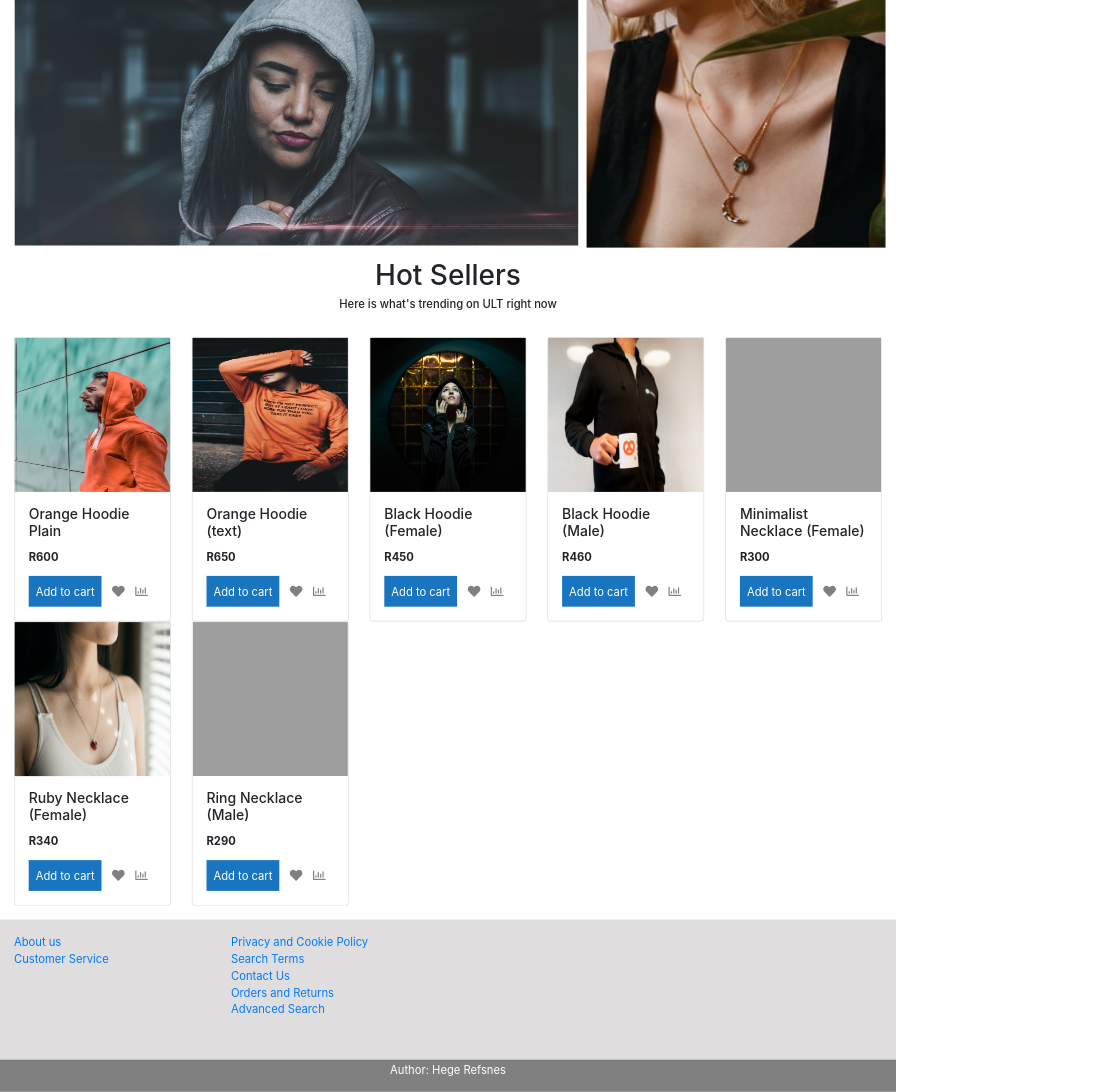
Repository: Ajtheult/Luma-Challenge-Site
Page: /
The author's editor kept a copy of each file at every save. The page is drawn from the files as they stood at one save, then again after the next save.
The browser window is 1280 px wide. The page is 1570 px wide, so the pictures cover 1570 px, including what lies to the right of the window. The pictures show the part of the page from y = 1594 to 3154 px (the page is 3154 px tall), at 70% of full size.
Pictures or frames that could not be fetched are drawn as grey boxes. The project was rebuilt for these pictures with package versions that can differ from the ones it lists, and the page was loaded fresh each time.

Above is the page before, as saved 2020-09-01 10:53:31.

### public/index.html
<!DOCTYPE html>
<html lang="en">
  <head>
    <meta charset="utf-8" />
    <link rel="icon" href="%PUBLIC_URL%/favicon.ico" />
    <meta name="viewport" content="width=device-width, initial-scale=1" />
    <meta name="theme-color" content="#000000" />
    <meta
      name="description"
      content="Web site created using create-react-app"
    />

    <link rel="manifest" href="%PUBLIC_URL%/manifest.json" />
    <!-- Font Awesome -->
    <link
      rel="stylesheet"
      href="https://use.fontawesome.com/releases/v5.7.2/css/all.css"
      integrity="sha384-fnmOCqbTlWIlj8LyTjo7mOUStjsKC4pOpQbqyi7RrhN7udi9RwhKkMHpvLbHG9Sr"
      crossorigin="anonymous"
    />
    <!-- Font Awesome -->
    <title>E-complete</title>
  </head>
  <body>
    <noscript>You need to enable JavaScript to run this app.</noscript>
    <div id="root"></div>
  </body>
</html>

### src/App.js
import React from "react";

// Imported modules
import { BrowserRouter as Router, Switch, Route } from "react-router-dom";
// Imported modules

// Imported pages
import Home from "./components/layout/pages/home/Home";
// Imported pages

// Global css
import "./App.css";
// Global css

function App() {
  return (
    <Router>
      <div className="App">
        <Switch>
          <Route exact path="/" component={Home} />
        </Switch>
      </div>
    </Router>
  );
}

export default App;

### src/components/layout/pages/home/Home.js
import React from "react";
import Navbar from "../../nav/Navbar";
import Container from "react-bootstrap/Container";
import Row from "react-bootstrap/Row";
import Col from "react-bootstrap/Col";
import Carousel from "react-bootstrap/Carousel";
// Images
import yoga from "../../resources/yoga.jpg";
import yogatwo from "../../resources/yoga-two.jpg";
import yogathree from "../../resources/yoga-three.jpg";

import SecondHome from "./SecondHome";
import HomeFooter from "./HomeFooter";

import "./Home.css";

const Home = () => {
  return (
    <div>
      <Navbar />
      <Container fluid>
        <Row>
          <Col>
            {/* Carousel */}
            <Carousel>
              <Carousel.Item>
                <img
                  className="d-block w-100 top_size"
                  src={yoga}
                  alt="First slide"
                />
                <Carousel.Caption>
                  <h3>New ULT yoga collection</h3>
                  <p>Clothing that is perfect for zen sessions</p>
                </Carousel.Caption>
              </Carousel.Item>
              <Carousel.Item>
                <img
                  className="d-block w-100 top_size"
                  src={yogatwo}
                  alt="Third slide"
                />

                <Carousel.Caption>
                  <h3>New ULT yoga collection</h3>
                  <p>Beautiful bracelets to fit the look</p>
                </Carousel.Caption>
              </Carousel.Item>
              <Carousel.Item>
                <img
                  className="d-block w-100 top_size"
                  src={yogathree}
                  alt="Third slide"
                />

                <Carousel.Caption>
                  <h3>New ULT yoga collection</h3>
                  <p>Be happy...like her...don't you wanna be happy?</p>
                </Carousel.Caption>
              </Carousel.Item>
            </Carousel>
          </Col>
        </Row>
        {/* Block frame */}
        <Row>
          <Col>
            <div class="container bg-no-overlay">
              <div class="row left">
                <h1>
                  20% OFF <br /> ULT hoodies when you shop today*
                </h1>
              </div>
            </div>
          </Col>
          <Col>
            <div class="container bg-no-overlay-two">
              <div class="row top">
                <h1>
                  30% OFF <br />
                  Get them fresh kicks
                </h1>
              </div>
            </div>
          </Col>
        </Row>
        <Row>
          <Col>
            <div class="container bg-no-overlay-three">
              <div class="row middle">
                <h1>
                  10% OFF <br /> Beautiful necklaces to flex
                </h1>
              </div>
            </div>
          </Col>
          <Col>
            <div class="container bg-no-overlay-four">
              <div class="row right">
                <h1>Many different styles of necklaces</h1>
              </div>
            </div>

            <div class="container bg-no-overlay-five">
              <div class="row bottom">
                <h1>Male and female hoodies</h1>
              </div>
            </div>
          </Col>
        </Row>
      </Container>
      <SecondHome />
      <HomeFooter />
    </div>
  );
};

export default Home;

### src/components/layout/nav/Navbar.js
import React from "react";
import Nav from "react-bootstrap/Nav";

import Form from "react-bootstrap/Form";

import "./Navbar.css";

const Navbar = () => {
  return (
    <div>
      <Nav className="justify-content-left" activeKey="/home">
        <Nav.Link href="/home">
          <img
            src="https://images.unsplash.com/photo-1462899006636-339e08d1844e?ixlib=rb-1.2.1&ixid=eyJhcHBfaWQiOjEyMDd9&auto=format&fit=crop&w=1050&q=80"
            alt="logo"
            className="logo"
          />
        </Nav.Link>
        <h6 className="logo-text">ULT</h6>
        <Nav.Link className="search_bar">
          {" "}
          <Form>
            <Form.Row>
              <Form.Group>
                <Form.Control
                  className="search_bar"
                  type="search"
                  placeholder="Search engine store here... "
                />
              </Form.Group>
            </Form.Row>
          </Form>
        </Nav.Link>
        <Nav.Link></Nav.Link>
        <i class="fas fa-shopping-cart icon"></i>
      </Nav>
      <Nav className="justify-content-left bottom_nav" activeKey="/home">
        <Nav.Item>
          <Nav.Link href="#" className="colour_of_nav_text">
            What's New
          </Nav.Link>
        </Nav.Item>
        <Nav.Item>
          <Nav.Link href="#" className="colour_of_nav_text">
            Women
          </Nav.Link>
        </Nav.Item>
        <Nav.Item>
          <Nav.Link href="#" className="colour_of_nav_text">
            Men
          </Nav.Link>
        </Nav.Item>
        <Nav.Item>
          <Nav.Link href="#" className="colour_of_nav_text">
            Gear
          </Nav.Link>
        </Nav.Item>
        <Nav.Item>
          <Nav.Link href="#" className="colour_of_nav_text">
            Training
          </Nav.Link>
        </Nav.Item>
        <Nav.Item>
          <Nav.Link href="#" className="colour_of_nav_text">
            Sale
          </Nav.Link>
        </Nav.Item>
      </Nav>
    </div>
  );
};

export default Navbar;

### src/components/layout/pages/home/SecondHome.js
import React from "react";
import "./SecondHome.css";

import Row from "react-bootstrap/Row";
import Col from "react-bootstrap/Col";
import Card from "react-bootstrap/Card";
// images
import one from "../../resources/SecondHome/one.jpg";
import two from "../../resources/SecondHome/two.jpg";
import three from "../../resources/SecondHome/three.jpg";
import four from "../../resources/SecondHome/four.jpg";
import five from "../../resources/SecondHome/five.jpg";
import six from "../../resources/SecondHome/six.jpg";
import seven from "../../resources/SecondHome/seven.jpg";

const SecondHome = () => {
  return (
    <div>
      <div>
        <h1 className="heading">Hot Sellers</h1>
        <h6>Here is what's trending on ULT right now</h6>
      </div>
      <div className="cards">
        <Row>
          {/* 1 */}
          <Col>
            <Card style={{ width: "14rem" }}>
              <img
                variant="top"
                src={one}
                className="image-heights"
                alt="one"
              />

              <Card.Body>
                <Card.Title>Orange Hoodie Plain</Card.Title>
                <Card.Text>R600</Card.Text>
                <button className="buttons">Add to cart</button>
                <i class="fas fa-heart heart-icon-card"></i>
                <i class="far fa-chart-bar heart-icon-card"></i>
              </Card.Body>
            </Card>
          </Col>
          {/* 2 */}
          <Col>
            <Card style={{ width: "14rem" }}>
              <img
                variant="top"
                src={two}
                className="image-heights"
                alt="two"
              />
              <Card.Body>
                <Card.Title>Orange Hoodie (text)</Card.Title>
                <Card.Text>R650</Card.Text>
                <button className="buttons">Add to cart</button>
                <i class="fas fa-heart heart-icon-card"></i>
                <i class="far fa-chart-bar heart-icon-card"></i>
              </Card.Body>
            </Card>
          </Col>
          {/* 3 */}
          <Col>
            <Card style={{ width: "14rem" }}>
              <img
                variant="top"
                src={three}
                className="image-heights"
                alt="three"
              />
              <Card.Body>
                <Card.Title>Black Hoodie (Female)</Card.Title>
                <Card.Text>R450</Card.Text>
                <button className="buttons">Add to cart</button>
                <i class="fas fa-heart heart-icon-card"></i>
                <i class="far fa-chart-bar heart-icon-card"></i>
              </Card.Body>
            </Card>
          </Col>
          {/* 4 */}
          <Col>
            <Card style={{ width: "14rem" }}>
              <img
                variant="top"
                src={four}
                className="image-heights"
                alt="four"
              />
              <Card.Body>
                <Card.Title>Black Hoodie (Male)</Card.Title>
                <Card.Text>R460</Card.Text>
                <button className="buttons">Add to cart</button>
                <i class="fas fa-heart heart-icon-card"></i>
                <i class="far fa-chart-bar heart-icon-card"></i>
              </Card.Body>
            </Card>
          </Col>
          {/* 5 */}
          <Col>
            <Card style={{ width: "14rem" }}>
              <img
                variant="top"
                src={five}
                className="image-heights"
                alt="five"
              />
              <Card.Body>
                <Card.Title>Minimalist Necklace (Female)</Card.Title>
                <Card.Text>R300</Card.Text>
                <button className="buttons">Add to cart</button>
                <i class="fas fa-heart heart-icon-card"></i>
                <i class="far fa-chart-bar heart-icon-card"></i>
              </Card.Body>
            </Card>
          </Col>
          {/* 6 */}
          <Col>
            <Card style={{ width: "14rem" }}>
              <img
                variant="top"
                src={six}
                className="image-heights"
                alt="six"
              />
              <Card.Body>
                <Card.Title>Ruby Necklace (Female)</Card.Title>
                <Card.Text>R340</Card.Text>
                <button className="buttons">Add to cart</button>
                <i class="fas fa-heart heart-icon-card"></i>
                <i class="far fa-chart-bar heart-icon-card"></i>
              </Card.Body>
            </Card>
          </Col>
          {/* 7 */}
          <Col>
            <Card style={{ width: "14rem" }}>
              <img
                variant="top"
                src={seven}
                className="image-heights"
                alt="seven"
              />
              <Card.Body>
                <Card.Title>Ring Necklace (Male)</Card.Title>
                <Card.Text>R290</Card.Text>
                <button className="buttons">Add to cart</button>
                <i class="fas fa-heart heart-icon-card"></i>
                <i class="far fa-chart-bar heart-icon-card"></i>
              </Card.Body>
            </Card>
          </Col>
          <Col></Col>
          <Col></Col>
          <Col></Col>
        </Row>
      </div>
    </div>
  );
};

export default SecondHome;

### src/components/layout/pages/home/HomeFooter.js
import React from "react";
import "./HomeFooter.css";

const HomeFooter = () => {
  return (
    <div>
      <div className="footer">
        <div className="div-one">
          <a href="#home">About us</a> <br />
          <a href="#home">Customer Service</a>
        </div>
        <br />
        <div className="div-two">
          <a href="#home">Privacy and Cookie Policy</a> <br />
          <a href="#home">Search Terms</a> <br />
          <a href="#home">Contact Us</a> <br />
          <a href="#home">Orders and Returns</a> <br />
          <a href="#home">Advanced Search</a>
        </div>
      </div>
      <div className="footer-two">
        <p>
          Author: Hege Refsnes
          <br />
        </p>
      </div>
    </div>
  );
};

export default HomeFooter;

### src/components/layout/pages/home/Home.css
.top_size {
  width: 100%;
  height: 500px;
  margin-top: 1%;
}

.bg-no-overlay {
  /* Left */
  background: url("../../resources/hoodie.jpg");
  background-repeat: no-repeat;
  background-size: cover;
  background-position: center center;
  color: #fff;
  float: left;
  width: 70%;
  height: 850px;
  margin-top: 2%;
}

.bg-no-overlay-two {
  /* top */
  background: url("../../resources/shoe.jpg");
  background-repeat: no-repeat;
  background-size: cover;
  background-position: center center;
  color: #fff;
  width: 132%;
  height: 450px;
  margin-top: 2%;
  float: right;
}

.bg-no-overlay-three {
  /* middle */
  background: url("../../resources/beach.jpg");
  background-repeat: no-repeat;
  background-size: cover;
  background-position: center center;
  color: #fff;
  width: 60%;
  height: 388px;
  margin-top: -53%;
  margin-right: -32%;
  float: right;
}

.bg-no-overlay-four {
  /* right */
  background: url("../../resources/garden.jpg");
  background-repeat: no-repeat;
  background-size: cover;
  background-position: center center;
  color: #fff;
  width: 70%;
  height: 800px;
  margin-top: -53%;
  margin-left: 20%;
  float: right;
}

.bg-no-overlay-five {
  /* bottom */
  background: url("../../resources/forest.jpg");
  background-repeat: no-repeat;
  background-size: cover;
  background-position: center center;
  color: #fff;
  width: 132%;
  height: 97%;
  margin-top: 2%;
  margin-left: -104%;
}

.left {
  text-align: left;
  margin-top: 590px;
  width: 410px;
  color: black;
  background-color: grey;
}

.top {
  float: right;
  text-align: right;
  color: black;
  margin-top: 70px;
}

.middle {
  text-align: left;
  float: left;
  background-color: rgb(23, 197, 209);
  color: black;
  width: 300px;
  margin-top: 220px;
}

.right {
  text-align: left;
  float: right;
  color: black;
  width: 335px;
  margin-top: 10px;
}

.bottom {
  text-align: left;
  float: left;
  color: white;
  width: 303px;
  margin-left: 10px;
  margin-top: 10px;
}

.carousel-caption {
  background-color: rgba(129, 41, 41, 0.493);
  width: 70%;
}

### src/components/layout/nav/Navbar.css
.bottom_nav {
  background-color: rgb(233, 224, 224);
  margin-top: -10px;
}

.colour_of_nav_text {
  color: black;
  font-size: 80%;
}

.logo {
  width: 50px;
  height: 50px;
  border-radius: 50%;
}

.logo-text {
  margin-top: 13px;
  font-size: 30px;
}

.search_bar {
  margin-left: auto;
  margin-top: 5px;
  font-size: 10px;
}

.icon {
  margin-top: 25px;
  margin-right: 20px;
  color: grey;
}

### src/components/layout/pages/home/SecondHome.css
.heading {
  margin-top: 15px;
}

.cards {
  width: 100%;
  padding: 20px;
  padding-top: 30px;
}

.second-row {
  margin-top: 10px;
  margin: 10px;
  padding-left: 50px;
}

.image-heights {
  height: 220px;
}

.card-body {
  text-align: left;
}

.card-text {
  font-weight: bold;
}

.buttons {
  padding: 10px;
  background-color: rgb(26, 117, 192);
  border: none;
  color: white;
}

.heart-icon-card {
  margin-left: 15px;
  font-size: 18px;
  color: grey;
}

### src/components/layout/pages/home/HomeFooter.css
.footer {
  text-align: left;
  padding: 20px;
  background-color: rgb(223, 221, 221);
  color: grey;
  height: 200px;
}

.footer-two {
  text-align: center;
  padding: 3px;
  background-color: grey;
  color: white;
}

.footer .div-two {
  transform: translate(25%, -60%);
}

Loaded but not shown: src/index.js (common file); src/App.css (common file)

After the next save:
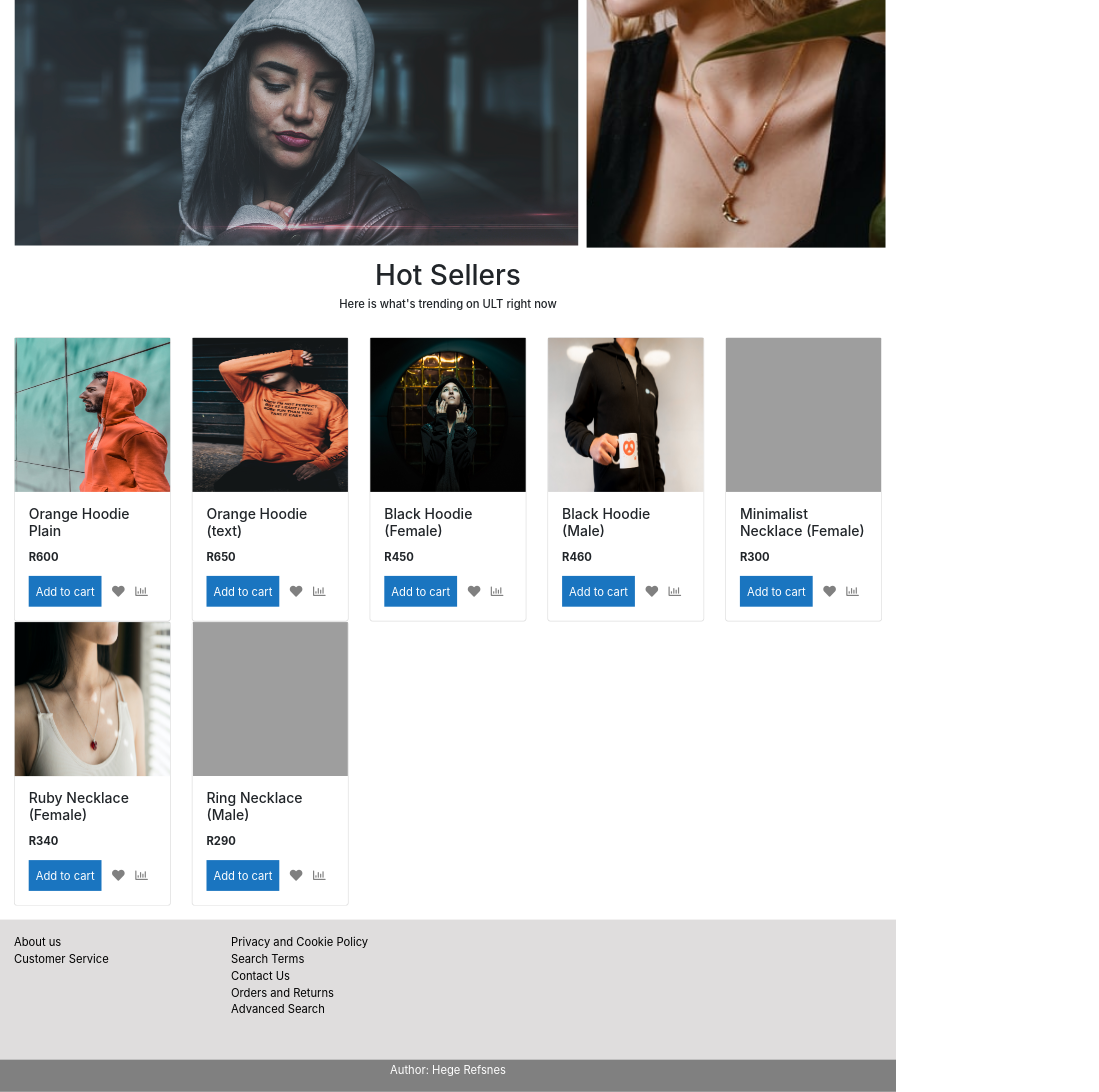
Saved 14 s later.
--- a/src/components/layout/pages/home/HomeFooter.css
+++ b/src/components/layout/pages/home/HomeFooter.css
@@ -16,3 +16,7 @@
 .footer .div-two {
   transform: translate(25%, -60%);
 }
+
+a {
+  color: black;
+}
